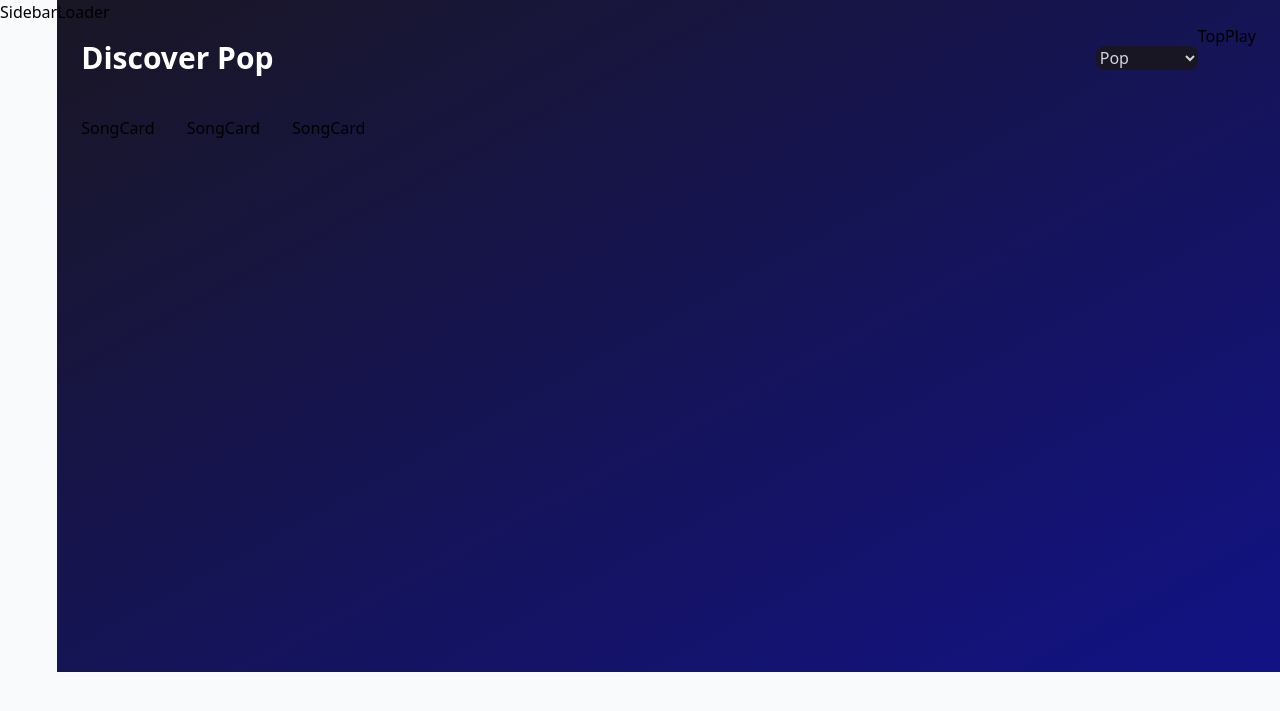
Repository: Chris24T/Dotify
Page: /
An editor plug-in stored every save of this project. The page is shown before and after the next save, followed by the edit.
The browser window is 1280 px wide. The pictures show the whole page.
The project was rebuilt for these pictures with package versions that can differ from the ones it lists, and the page was loaded fresh each time. Also part of the build but not shown: vite.config.js, src/components/ArtistCard.jsx, src/components/DetailsHeader.jsx, src/components/PlayPause.jsx, src/components/SongBar.jsx, src/components/RelatedSongs.jsx, src/components/MusicPlayer/Controls.jsx, src/components/MusicPlayer/Player.jsx and 11 more.

Above is the page before, as saved 2022-12-03 21:27:12.

### src/redux/store.js
import { configureStore } from '@reduxjs/toolkit';

import { shazamCoreApi } from './services/shazamCore';
import playerReducer from './features/playerSlice';

export const store = configureStore({
  reducer: {
    player: playerReducer,
    [shazamCoreApi.reducerPath]: shazamCoreApi.reducer,
  },
  middleware: (getDefaultMiddleware) =>
    getDefaultMiddleware().concat(shazamCoreApi.middleware),
});

### src/redux/services/shazamCore.js
import { createApi, fetchBaseQuery } from '@reduxjs/toolkit/query/react';

const baseHeaders = {
  'X-RapidAPI-Key': 'aa86041609msh651730729ed9b3dp1da6e2jsn7ec97b06be13',
  'X-RapidAPI-Host': 'shazam-core.p.rapidapi.com',
};

export const shazamCoreApi = createApi({
  reducerPath: 'shazamCoreApi',
  baseQuery: fetchBaseQuery({
    baseUrl: 'https://shazam-core.p.rapidapi.com/v1',
    prepareHeaders: (headers) => {
      headers.set({ baseHeaders });
      return headers;
    },
  }),
  endpoints: (builder) => ({
    getTopCharts: builder.query({ query: (genre) => '/charts/world' }),
  }),
});
// redux toolkit auto generates a hook
export const { useGetTopChartsQuery } = shazamCoreApi;

### src/redux/features/playerSlice.js
import { createSlice } from '@reduxjs/toolkit';

const initialState = {
  currentSongs: [],
  currentIndex: 0,
  isActive: false,
  isPlaying: false,
  activeSong: {},
  genreListId: '',
};

const playerSlice = createSlice({
  name: 'player',
  initialState,
  reducers: {
    setActiveSong: (state, action) => {
      state.activeSong = action.payload.song;

      if (action.payload?.data?.tracks?.hits) {
        state.currentSongs = action.payload.data.tracks.hits;
      } else if (action.payload?.data?.properties) {
        state.currentSongs = action.payload?.data?.tracks;
      } else {
        state.currentSongs = action.payload.data;
      }

      state.currentIndex = action.payload.i;
      state.isActive = true;
    },

    nextSong: (state, action) => {
      if (state.currentSongs[action.payload]?.track) {
        state.activeSong = state.currentSongs[action.payload]?.track;
      } else {
        state.activeSong = state.currentSongs[action.payload];
      }

      state.currentIndex = action.payload;
      state.isActive = true;
    },

    prevSong: (state, action) => {
      if (state.currentSongs[action.payload]?.track) {
        state.activeSong = state.currentSongs[action.payload]?.track;
      } else {
        state.activeSong = state.currentSongs[action.payload];
      }

      state.currentIndex = action.payload;
      state.isActive = true;
    },

    playPause: (state, action) => {
      state.isPlaying = action.payload;
    },

    selectGenreListId: (state, action) => {
      state.genreListId = action.payload;
    },
  },
});

export const { setActiveSong, nextSong, prevSong, playPause, selectGenreListId } = playerSlice.actions;

export default playerSlice.reducer;

### src/pages/Discover.jsx
import { Error, Loader, SongCard } from '../components';
import { genres } from '../assets/constants';

import { useGetTopChartsQuery } from '../redux/services/shazamCore';

const Discover = () => {
  // const { data, isFetching, error } = useGetTopChartsQuery();
  const data = [1, 2, 3];
  const isFetching = false;
  const genreTitle = 'Pop';

  if (isFetching) return <Loader title="Loading Songs..." />;
  // if (error) return <Error />;

  return (
    <div className="flex flex-col">
      <div className="w-full flex justify-between items-center sm:flex-row flex-col mt-4 mb-10">
        <h2 className="font-bold text-3xl text-white text-left">
          Discover {genreTitle}
        </h2>
        <select
          onChange={() => {}}
          value=""
          className="bg-black rounded-lg outline-none text-gray-300 sm:mt-0 mt-5"
        >
          {genres.map((genre) => (
            <option key={genre.value} value={genre.value}>
              {genre.title}
            </option>
          ))}
        </select>
      </div>
      <div className="flex flex-wrap sm:justify-start justify-center gap-8">
        {data.map((song, i) => {
          return <SongCard key={song.key} song={song} i={i}></SongCard>;
        })}
      </div>
    </div>
  );
};

export default Discover;

### src/assets/constants.js
import { HiOutlineHashtag, HiOutlineHome, HiOutlinePhotograph, HiOutlineUserGroup } from 'react-icons/hi';

export const genres = [
  { title: 'Pop', value: 'POP' },
  { title: 'Hip-Hop', value: 'HIP_HOP_RAP' },
  { title: 'Dance', value: 'DANCE' },
  { title: 'Electronic', value: 'ELECTRONIC' },
  { title: 'Soul', value: 'SOUL_RNB' },
  { title: 'Alternative', value: 'ALTERNATIVE' },
  { title: 'Rock', value: 'ROCK' },
  { title: 'Latin', value: 'LATIN' },
  { title: 'Film', value: 'FILM_TV' },
  { title: 'Country', value: 'COUNTRY' },
  { title: 'Worldwide', value: 'WORLDWIDE' },
  { title: 'Reggae', value: 'REGGAE_DANCE_HALL' },
  { title: 'House', value: 'HOUSE' },
  { title: 'K-Pop', value: 'K_POP' },
];

export const links = [
  { name: 'Discover', to: '/', icon: HiOutlineHome },
  { name: 'Around You', to: '/around-you', icon: HiOutlinePhotograph },
  { name: 'Top Artists', to: '/top-artists', icon: HiOutlineUserGroup },
  { name: 'Top Charts', to: '/top-charts', icon: HiOutlineHashtag },
];

### src/components/Loader.jsx
import { loader } from '../assets';

const Loader = () => (
  <div className="w-full flex justify-center items-center flex-col">
    <img stc={loader} alt="loader" className="w-32 h-32 object-contain" />
    <h1 className="font-bold text-2xl text-white mt-2">{title || 'Loading'}</h1>
  </div>
);

export default Loader;

Loaded but not shown: index.html (common file); src/index.jsx (common file); src/index.css (common file); src/App.jsx (common file); src/components/index.js (common file); src/pages/index.js (common file); src/components/Sidebar.jsx (common file); src/components/Searchbar.jsx (common file); src/components/SongCard.jsx (common file); src/components/TopPlay.jsx (common file); tailwind.config.js (common file); src/assets/index.js (common file)

After the next save:
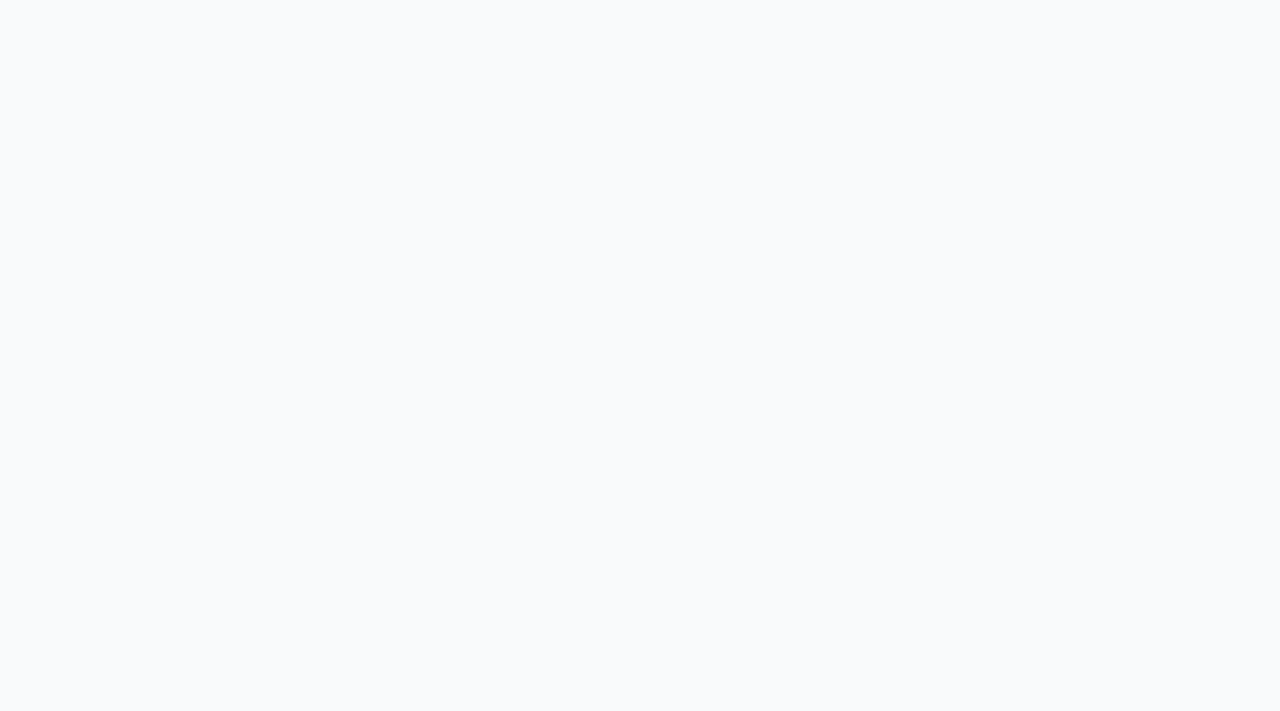
Console error: ReferenceError: title is not defined
Saved 9 s later.
--- a/src/pages/Discover.jsx
+++ b/src/pages/Discover.jsx
@@ -6,7 +6,7 @@ import { useGetTopChartsQuery } from '../redux/services/shazamCore';
 const Discover = () => {
   // const { data, isFetching, error } = useGetTopChartsQuery();
   const data = [1, 2, 3];
-  const isFetching = false;
+  const isFetching = true;
   const genreTitle = 'Pop';
 
   if (isFetching) return <Loader title="Loading Songs..." />;

After the 2 saves that followed:
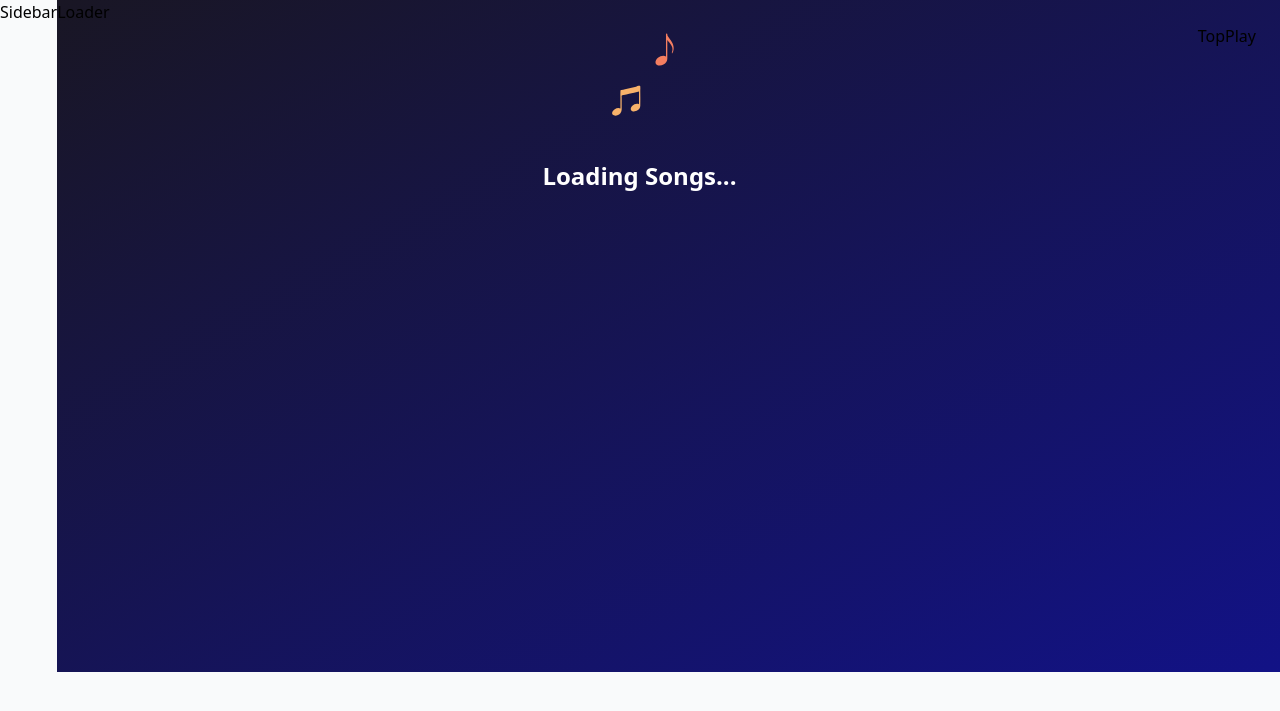
The error is gone.
The 2 saves are shown as one change because 1 left the picture as it was.
The last was saved 16 s later.
--- a/src/components/Loader.jsx
+++ b/src/components/Loader.jsx
@@ -1,8 +1,8 @@
 import { loader } from '../assets';
 
-const Loader = () => (
+const Loader = ({ title }) => (
   <div className="w-full flex justify-center items-center flex-col">
-    <img stc={loader} alt="loader" className="w-32 h-32 object-contain" />
+    <img src={loader} alt="loader" className="w-32 h-32 object-contain" />
     <h1 className="font-bold text-2xl text-white mt-2">{title || 'Loading'}</h1>
   </div>
 );
